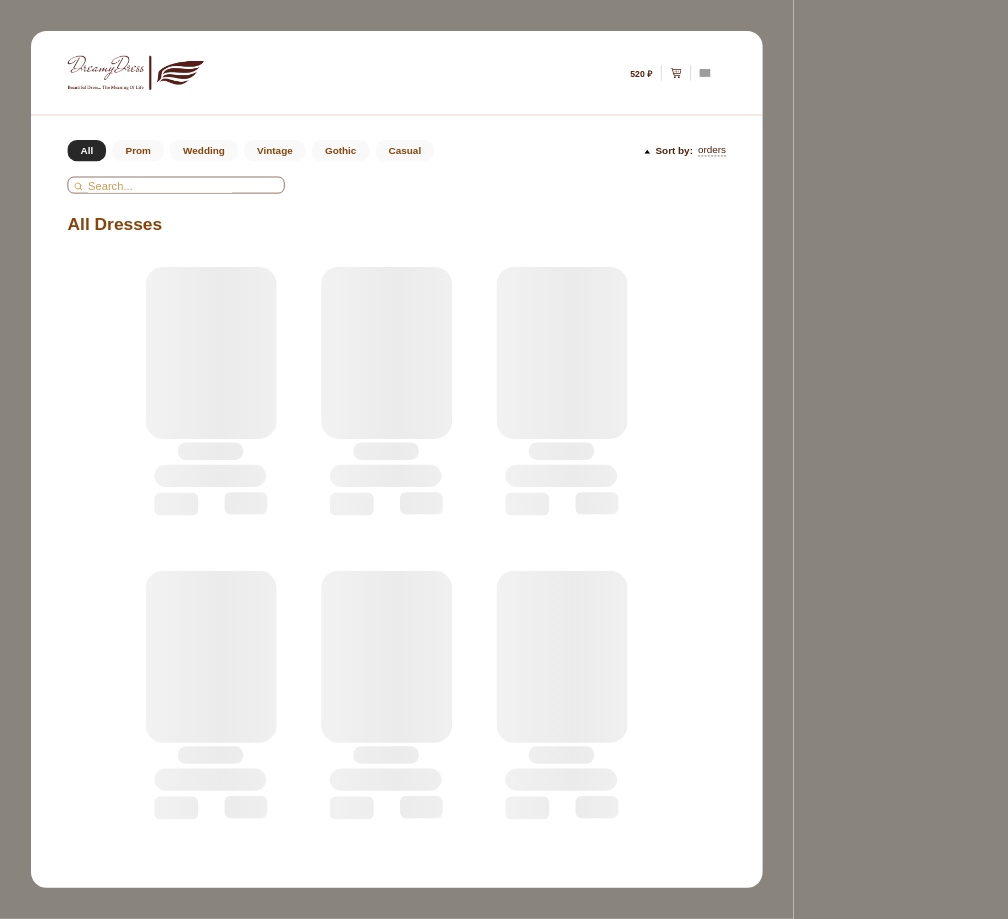
Repository: DisasterWoman/SPA-shop
Page: /
An editor plug-in stored every save of this project. The page is shown before and after a run of saves, followed by the edit.
The browser window is 1280 px wide. The page is 1280 px wide, then 1625 px, then 1280 px, so the pictures cover 1625 px, including what lies to the right of the window. The pictures show the whole page, at 62% of full size.
Pictures or frames that could not be fetched are drawn as grey boxes. The page's requests for data from a server got no answer. Some web fonts or font styles are not loaded; a fallback is used. The project was rebuilt for these pictures with package versions that can differ from the ones it lists, and the page was loaded fresh each time. No one was signed in, and anything a server would have sent is missing. Also part of the build but not shown: src/components/Buttons/ButtonAdd.jsx, src/components/DressBlock/_dress-block.scss, src/components/DressBlock/DressBlock.jsx, src/components/NotFoundBlock/NotFoundBlock.module.scss, src/components/NotFoundBlock/NotFoundBlock.jsx, src/pages/NotFound.jsx.

Above is the page before, as saved 2022-12-07 21:18:32.

### src/index.js
import React from 'react';
import ReactDOM from 'react-dom/client';
import App from './App';
import { BrowserRouter} from 'react-router-dom';

const root = ReactDOM.createRoot(document.getElementById('root'));
root.render(
    <BrowserRouter>
    <App/>
    </BrowserRouter>
);

### src/App.js
import './scss/app.scss';
import Header from './components/Header/Header';
import React from 'react';
import { Home } from './pages/Home';
import NotFound from './pages/NotFound';
import {Routes, Route } from 'react-router-dom';

function App() {

return (
  <div className="wrapper">
    <Header />
    <div className="content">
      <div className="container">
        <Routes>
          <Route path="/" element={<Home />} />
          <Route path="/not-found" element={<NotFound/>} />
        </Routes>
      </div>
    </div>
  </div>
);
}

export default App;

### src/scss/app.scss
@import 'variables.scss';
@import './libs/normalize.scss';
@import './all';

body {
  background-color: $background;
}

.wrapper {
  width: calc(100vw - 100px);
  height: 100%;
  background-color: #fff;
  margin: 50px auto;
  border-radius: 25px;
  max-width: 1400px;
}

.content {
  padding: 40px 0;

  &__title {
    margin: 35px 0;
  }

  &__items {
    display: flex;
    flex-wrap: wrap;
    justify-content: center;
  }

  &__top {
    display: flex;
    align-items: center;
    justify-content: space-between;
  }
}

.container {
  width: $container-width;
  margin: 0 auto;

  &--cart {
    max-width: 820px;
    margin: 90px auto;
    .content__title {
      margin: 0;
    }
  }
}

.cart {
  &__top {
    display: flex;
    justify-content: space-between;
    align-items: center;
  }

  .content__title {
    display: flex;
    align-items: center;
    font-size: 32px;

    svg {
      position: relative;
      top: -2px;
      width: 30px;
      height: 30px;
      margin-right: 10px;
      path {
        stroke: $black;
        stroke-width: 1.9;
      }
    }
  }

  &__clear {
    display: flex;
    align-items: center;
    cursor: pointer;
    @include noselect();

    span {
      display: inline-block;
      margin-left: 7px;
      color: #b6b6b6;
      font-size: 18px;
    }

    span,
    svg,
    path {
      transition: all $duration ease-in-out;
    }

    &:hover {
      svg {
        path {
          stroke: darken($color: #b6b6b6, $amount: 50);
        }
      }
      span {
        color: darken($color: #b6b6b6, $amount: 50);
      }
    }
  }

  &__item {
    display: flex;
    width: 100%;
    border-top: 1px solid $gray-line;
    padding-top: 30px;
    margin-top: 30px;

    &-img {
      display: flex;
      align-items: center;
      margin-right: 15px;
      width: 10%;

      img {
        width: 80px;
        height: 80px;
      }
    }

    &-info {
      display: flex;
      flex-direction: column;
      justify-content: center;
      width: 40%;

      h3 {
        font-weight: bold;
        font-size: 22px;
        line-height: 27px;
        letter-spacing: 0.01em;
      }

      p {
        font-size: 18px;
        color: #8d8d8d;
      }
    }

    &-count {
      display: flex;
      align-items: center;
      justify-content: space-between;
      width: 13%;

      &-minus {
        svg {
          path:first-of-type {
            display: none;
          }
        }
      }

      b {
        font-size: 22px;
      }
    }

    &-price {
      display: flex;
      align-items: center;
      justify-content: center;
      width: 33%;

      b {
        font-weight: bold;
        font-size: 22px;
        letter-spacing: 0.01em;
      }
    }

    &-remove {
      display: flex;
      align-items: center;
      justify-content: flex-end;
      width: 4%;

      .button {
        border-color: darken($color: $gray-line, $amount: 10);
      }

      svg {
        transform: rotate(45deg);

        path {
          fill: darken($color: $gray-line, $amount: 15);
        }
      }

      .button {
        svg {
          width: 11.5px;
          height: 11.5px;
          position: relative;
        }
        &:hover,
        &:active {
          border-color: darken($color: $gray-line, $amount: 80);
          background-color: darken($color: $gray-line, $amount: 80);
        }
      }
    }
  }

  &__bottom {
    margin: 50px 0;

    &-details {
      display: flex;
      justify-content: space-between;

      span {
        font-size: 22px;

        &:last-of-type {
          b {
            color: $brown;
          }
        }
      }
    }

    &-buttons {
      display: flex;
      justify-content: space-between;
      margin-top: 40px;

      .go-back-btn {
        display: flex;
        align-items: center;
        justify-content: center;
        width: 210px;

        border-color: darken($color: $gray-line, $amount: 10);

        span {
          color: darken($color: $gray-line, $amount: 20);
          font-weight: 500;
          font-weight: 600;
        }

        &:hover {
          background-color: darken($color: $gray-line, $amount: 90);
          border-color: darken($color: $gray-line, $amount: 90);

          span {
            color: $gray-line;
          }
        }

        svg {
          margin-right: 12px;
          path {
            fill: transparent;
            strokewidth: 2;
          }
        }
      }

      .pay-btn {
        font-size: 16px;
        font-weight: 600;
        width: 210px;
        padding: 16px;
      }
    }
  }

  &--empty {
    margin: 0 auto;
    width: 560px;
    text-align: center;

    h2 {
      font-size: 32px;
      margin-bottom: 10px;
    }

    p {
      font-size: 18px;
      line-height: 145.4%;
      letter-spacing: 0.01em;
      color: #777777;
    }

    icon {
      position: relative;
      top: 2px;
    }

    img {
      display: block;
      width: 300px;
      margin: 45px auto 60px;
    }

    .button--black {
      padding: 12px 0 14px;
      width: 230px;
      margin: 0 auto;
      font-weight: 600;
      font-size: 18px;
    }
  }
}

### src/components/Header/Header.jsx
import React from 'react';
import './_header.scss';
import { ButtonHeader } from './ButtonHeader';
import { Link } from 'react-router-dom';
function Header() {
  return (
    <div className="header">
      <div className="container">
        <Link to="/">
          <div className="header__logo">
            <img width="220" src="/dreamy-dress.png" alt="logo" />
            <div></div>
          </div>
        </Link>
        <div className="cart-wrap">
          <ButtonHeader />
        </div>
      </div>
    </div>
  );
}

export default Header;

### src/pages/Home.jsx
import React from 'react';
import axios from 'axios';
import Categories from '../components/Categories/Categories';
import Sort from '../components/Sort/Sort';
import SearchBar from '../components/SearchBar/SearchBar';
import DressBlock from '../components/DressBlock/DressBlock';
import Skeleton from '../components/DressBlock/Skeleton';

export const Home  = () => {

    const [items, setItems] = React.useState([]);
    const [isLoading, setIsLoading] = React.useState(true);

    React.useEffect(() => {
      axios.get('https://638caec6eafd555746abf518.mockapi.io/items').then((res) => {
        setItems(res.data);
        setIsLoading(false);
      });
    }, []);

  return (
    <>
        <div className="content__top">
          <Categories/>
          <Sort/>
        </div>
        <SearchBar/>
        <h2 className="content__title">All Dresses</h2>
        <div className="content__items">
          {isLoading
            ? [...new Array(6)].map((_, index) => <Skeleton key={index} />)
            : items.map((item) => <DressBlock key={item.id} {...item} />)}
        </div>
    </>
  )
}

### src/scss/_variables.scss
$black: #85450a;
$background: #89857c;
$gray-line: #d5bda1;
$brown: #50220f;

$container-width: 90%;

$duration: 0.15s;

### src/scss/libs/_normalize.scss
@import url('https://fonts.googleapis.com/css2?family=Anek+Devanagari&display=swap');

*{
  padding: 0;
  margin: 0;
  list-style: none;
  outline: none;
  font-family: 'Anek Devanagari', sans-serif;
  box-sizing: border-box;
}

html {
  -ms-text-size-adjust: 100%;
  -webkit-text-size-adjust: 100%;
}

body {
  -moz-osx-font-smoothing: grayscale;
  -webkit-font-smoothing: antialiased;
  color: $black;
}

a,
span,
p,
b,
h1,
h2,
h3,
h4,
h5 {
  color: $black;
}

h1 {
  font-size: 48px;
}

h2 {
  font-weight: 600;
  font-size: 28px;
  line-height: 30px;
}

a {
  text-decoration: none;
}

@mixin noselect {
  -webkit-touch-callout: none; /* iOS Safari */
  -webkit-user-select: none; /* Safari */
  -khtml-user-select: none; /* Konqueror HTML */
  -moz-user-select: none; /* Old versions of Firefox */
  -ms-user-select: none; /* Internet Explorer/Edge */
  user-select: none; /* Non-prefixed version, currently
                                  supported by Chrome, Opera and Firefox */
}

### src/scss/_all.scss
@import '../components/Header/Header';
@import '../components/Categories/Categories';
@import '../components/Sort/Sort';
@import '../components/DressBlock/dress-block';

### src/components/Header/_header.scss
@import '../../../src/scss/variables';

.header {
  border-bottom: 1px solid $gray-line;
  padding: 40px 0;

  .container {
    display: flex;
    align-items: center;
    justify-content: space-between;
  }

  &__logo {
    display: flex;

    img {
      margin-right: 15px;
    }

    h1 {
      color: #181818;
      font-size: 24px;
      letter-spacing: 1%;
      text-transform: uppercase;
      font-weight: 800;
    }

    p {
      color: #7b7b7b;
    }
  }
}

### src/components/Categories/_categories.scss
@import '../../../src/scss/variables';

.categories {
  ul {
    display: flex;

    li {
      background-color: #f9f9f9;
      padding: 8px 21px;
      border-radius: 15px;
      margin-right: 10px;
      font-weight: bold;
      cursor: pointer;
      transition: background-color 0.1s ease-in-out;
      @include noselect();

      &:hover {
        background-color: darken(#f9f9f9, 2%);
      }

      &:active {
        background-color: darken(#f9f9f9, 5%);
      }

      &.active {
        background-color: #282828;
        color: #fff;
      }
    }
  }
}

### src/components/Sort/_sort.scss
@import '../../../src/scss/variables';

.sort {
  position: relative;
  &__label {
    display: flex;
    align-items: center;
    img {
      margin-right: 8px;
      transition: transform 0.4s ease;
      // &:hover {
      //     transform: rotateZ(-90deg);
      // }
    }

    b {
      margin-right: 8px;
      color: $brown;
    }

    span {
      color: $brown;
      border-bottom: 1px dashed $brown;
      cursor: pointer;
    }
}

  &__popup {
                        position: absolute;
                        right: 0;
                        margin-top: 15px;
                        background: #ffffff;
                        box-shadow: 0px 5px 15px rgba(0, 0, 0, 0.09);
                        border-radius: 25px;
                        overflow: hidden;
                        padding: 10px 0;
                        width: 160px;

    ul {
      overflow: hidden;
      li {
        padding: 12px 20px;
        cursor: pointer;

        &.active,
        &:hover {
          background: rgba(254, 95, 30, 0.05);
        }

        &.active {
          font-weight: bold;
          color: $brown;
        }
      }
    }
  }
}

### src/components/Header/ButtonHeader.jsx
import './_header.scss';
import styles from './button.module.scss';
export const ButtonHeader = () => {
  return (
    <a href="/cart.html" className={styles.buttonCart}>
      <span className={styles.span}>520 ₽</span>
      <div className={styles.buttonDelimiter}></div>
      <img className={styles.cart} alt="cart" src="/images/icons/cart-icon.svg"></img>
      <div className={styles.buttonDelimiter}></div>
      <img className={styles.heart} alt="heart" src="/images/icons/heart-empty.svg"></img>
    </a>
  );
};

### src/components/Categories/Categories.jsx
import React from 'react';

function Categories() {
  const [activeIndex, setActiveIndex] = React.useState(0);
  const categories = ['All', 'Prom', 'Wedding', 'Vintage', 'Gothic', 'Casual'];

  const onClickCategory = (index) => {
    setActiveIndex(index)
  }
  return (
    <div className="categories">
      <ul>
        {categories.map((value, index) => (
          <li key={index} onClick={() => onClickCategory(index)} className={activeIndex === index ? 'active' : '' }>{value}</li>
        ))}
      </ul>
    </div>
  );
}


export default Categories;

### src/components/Sort/Sort.jsx
import React, {useState} from 'react';
import './_sort.scss';

function Sort() {
  const [sortActive, setSortActive] = useState(0);
  const [isVisiblePop, setIsVisiblePop] = useState(false);
  const sortCats = ['orders', 'price', 'rewiews'];
  const sortName = sortCats[sortActive];

  const onSortClick = (index) => {
    setSortActive(index);
    setIsVisiblePop(false);
  };

  const onClickPop = () => {
    setIsVisiblePop(!isVisiblePop);
  };

  return (
    <div className="sort">
      <div className="sort__label" onClick={() => onClickPop()}>
        <div className="sort__triangleWrap">
          <img
            className="sort__triangle"
            src="/images/icons/triangle-top-icon.svg"
            alt="triangle"
            width="10"
            height="6"
          ></img>
        </div>
        <b>Sort by:</b>
        <span>{sortName}</span>
      </div>
      {isVisiblePop && (
        <div className="sort__popup">
          <ul>
            {sortCats.map((value, index) => (
              <li
                key={index}
                onClick={() => onSortClick(index)}
                className={sortActive === index ? 'active' : ''}
              >
                {value}
              </li>
            ))}
          </ul>
        </div>
      )}
    </div>
  );
}
export default Sort;

### src/components/SearchBar/SearchBar.jsx
import React, {useState}  from 'react'
import './_searchBar.scss';
function SearchBar() {
  return (
    <div className="search-bar">
      <img
        className="search-bar__icon"
        alt="search"
        src="images/icons/search.svg"
        width={12}
        height={13}
      ></img>
      <input
        placeholder="Search..."
      ></input>
    </div>
  );
}

export default SearchBar

### src/components/DressBlock/Skeleton.jsx
import React from 'react';
import ContentLoader from 'react-content-loader';

const Skeleton = (props) => (
  <ContentLoader
    speed={2}
    width={283}
    height={490}
    viewBox="0 0 300 500"
    backgroundColor="#f3f3f3"
    foregroundColor="#ecebeb"
    {...props}
  >
    <rect x="20" y="10" rx="30" ry="30" width="224" height="294" />
    <rect x="75" y="310" rx="14" ry="14" width="112" height="30" />
    <rect x="35" y="348" rx="20" ry="20" width="191" height="38" />
    <rect x="35" y="396" rx="10" ry="10" width="75" height="39" />
    <rect x="155" y="395" rx="10" ry="10" width="73" height="38" />
  </ContentLoader>
);

export default Skeleton;

### src/components/Header/button.module.scss
@import '../../../src/scss/variables';


.buttonCart {
    display: flex;
    align-items: center;
    line-height: 23px;
    padding: 12px 25px;
    border-radius: 20px;
    img {
      width: 18px;
      width: 18px;
    }
    .buttonDelimiter {
    width: 1px;
    height: 25px;
    background-color: rgba(43, 42, 42, 0.25);
    margin-left: 14px;
    margin-right: 14px;
    }
      .span {
      color: #50220f;
      margin-top: 4px;
      font-weight: 600;
      font-size: 14px;
    }

}

### src/components/SearchBar/_searchBar.scss
@import '../../../src/scss/variables';

.search-bar{
  width: 350px;
  margin-top: 25px;
  border: 1px solid #50220f;
  border-radius: 10px;
  padding: 0 10px;
  position: relative;
  &__icon{
    margin-right: 10px;
    margin-top: 8px;
  }
  input{
    height: 20px;
    margin: 5pxu;
    font-size: 18px;
    outline-offset: 0;
    outline: none;
    border: none;
    color: #7e4e05;
  }
     ::placeholder {
      color: #CA9B55;
      opacity: 1;
    }

}

Loaded but not shown: public/index.html (common file)

After the next 2 saves:
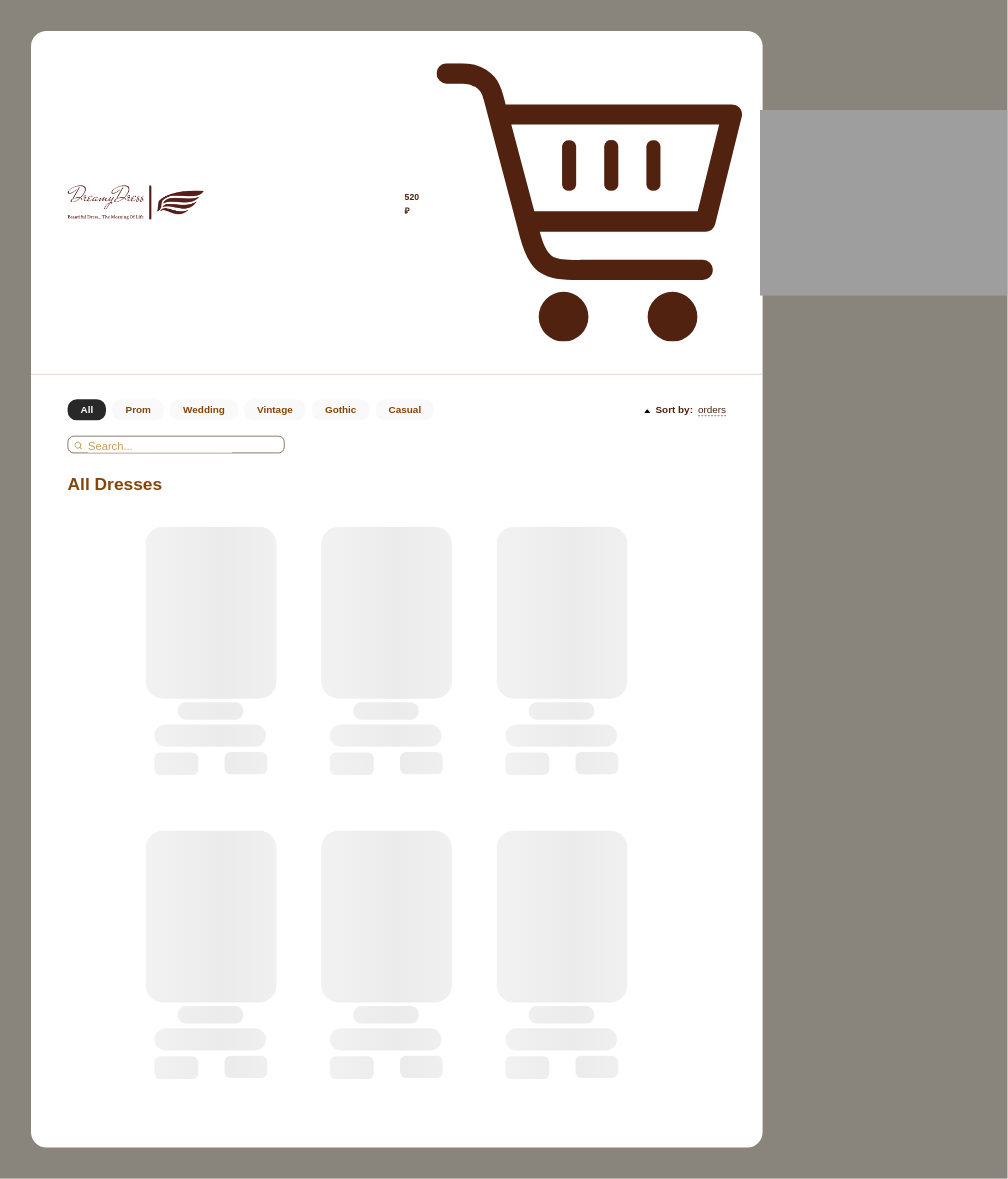
The 2 saves are shown as one change because they came seconds apart.
The last was saved 14 s later.
--- a/src/components/Header/button.module.scss
+++ b/src/components/Header/button.module.scss
@@ -7,7 +7,7 @@
     line-height: 23px;
     padding: 12px 25px;
     border-radius: 20px;
-    img {
+    .hear {
       width: 18px;
       width: 18px;
     }

After the 2 saves that followed:
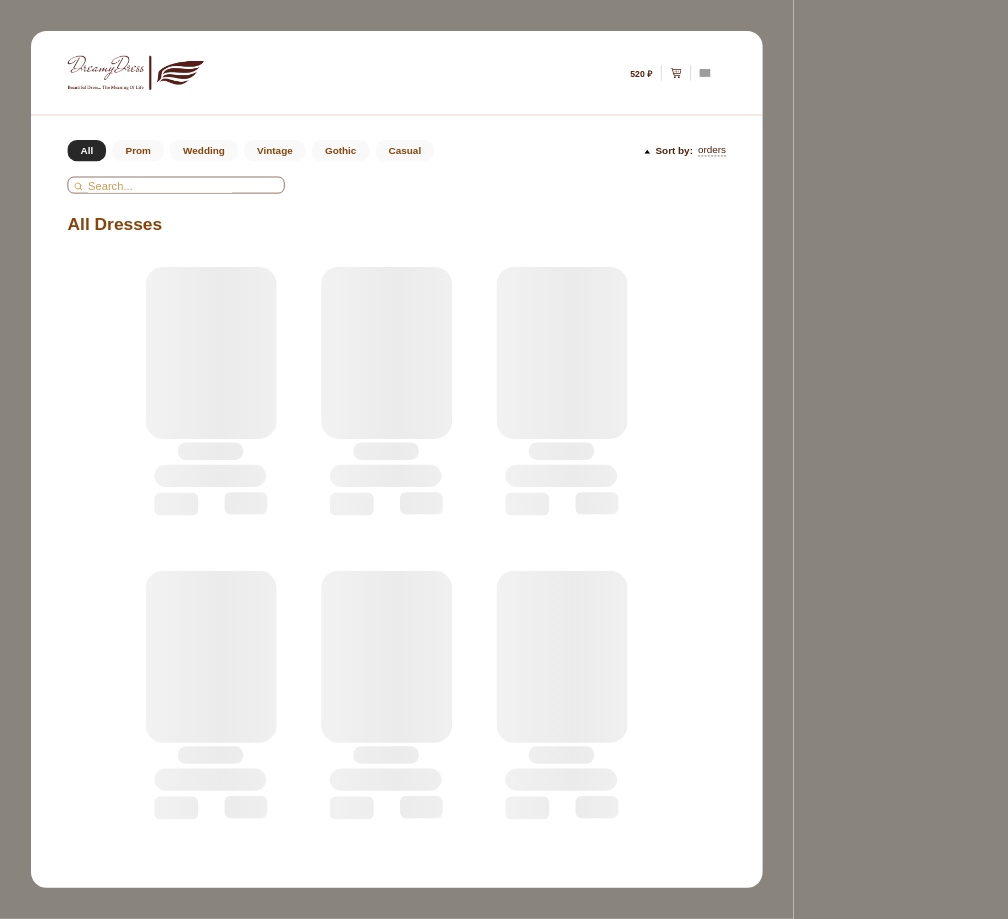
The 2 saves are shown as one change because they came seconds apart.
The last was saved 11 s later.
--- a/src/components/Header/button.module.scss
+++ b/src/components/Header/button.module.scss
@@ -7,7 +7,7 @@
     line-height: 23px;
     padding: 12px 25px;
     border-radius: 20px;
-    .hear {
+    .heart, .cart {
       width: 18px;
       width: 18px;
     }
